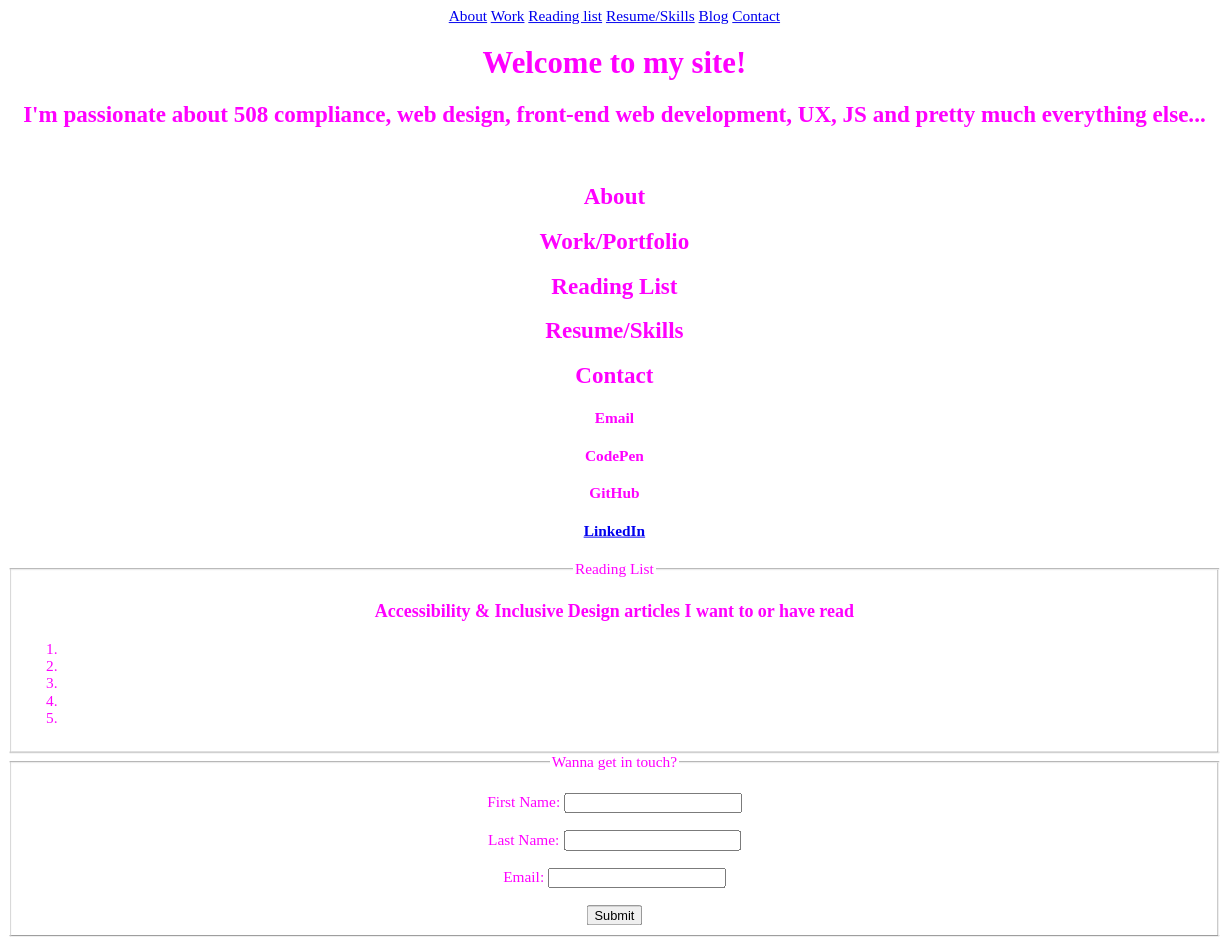
Repository: jasvr/jasvr.io
Page: index.html
These files come from the project's save history. The page is drawn as it stood at one moment and after the next save; the edit follows.
The browser window is 1280 px wide. The pictures show the whole page, at 96% of full size.

Above is the page before, as saved 2020-01-20 13:45:09.

### index.html
<!DOCTYPE html>
<html lang="en">

<head>
    <meta charset="UTF-8">
    <meta name="viewport" content="width=device-width, initial-scale=1.0">
    <meta http-equiv="X-UA-Compatible" content="ie=edge">
    <title>Jasmin Vargas</title>
    <link href="style.css" type="text/css" rel="stylesheet">
</head>

<body>
    <nav>
        <a href="/about/">About</a>
        <a href="/work/">Work</a>
        <a href="/readinglist/">Reading list</a>
        <a href="/resume/">Resume/Skills</a>
        <a href="/blog/">Blog</a>
        <a href="/contact/">Contact</a>
    </nav>
    <h1>Welcome to my site!</h1>
    <h2>I'm passionate about 508 compliance, web design, front-end web development, UX, JS and pretty much everything
        else...</h2>
    <br>
    <h2>About</h2>
    <h2>Work/Portfolio</h2>
    <h2>Reading List</h2>
    <h2>Resume/Skills</h2>
    <!-- <h2>Blog</h2> -->
    <h2>Contact</h2>
    <h4>Email</h4>
    <h4>CodePen</h4>
    <h4>GitHub</h4>
    <h4><a href="https://www.linkedin.com/in/jasvrgs/">LinkedIn</a></h4>


    <fieldset>
        <legend>Reading List</legend>
        <h3>Accessibility & Inclusive Design articles I want to or have read</h3>
        <ol>
            <li></li>
            <li></li>
            <li></li>
            <li></li>
            <li></li>
        </ol>

    </fieldset>


    <fieldset>
        <legend>Wanna get in touch?</legend>
        <div>
            <br>
            <label for="firstname">First Name: </label>
            <input type="text" name="firstname" />
        </div>
        <div>
            <br>
            <label for="lastname">Last Name: </label>
            <input type="text" name="lastname" />
        </div>
        <div>
            <br>
            <label for="email">Email: </label>
            <input type="text" name="email" />

        </div>
        <div>
            <br>
            <input type="submit" value="Submit">
        </div>
    </fieldset>
</body>

</html>

### style.css
body{
    color:magenta;
    text-align:center;
    }

    *:focus{
        outline: 0;
        box-shadow: 0 0 10px #eb0486;
        border-color: #eb0486;
    }

    a:focus{
        color: #eb0486;
        font-weight: bold;
    }

    .button:focus{
        background-color: #eb0486;

    }

After the next save:
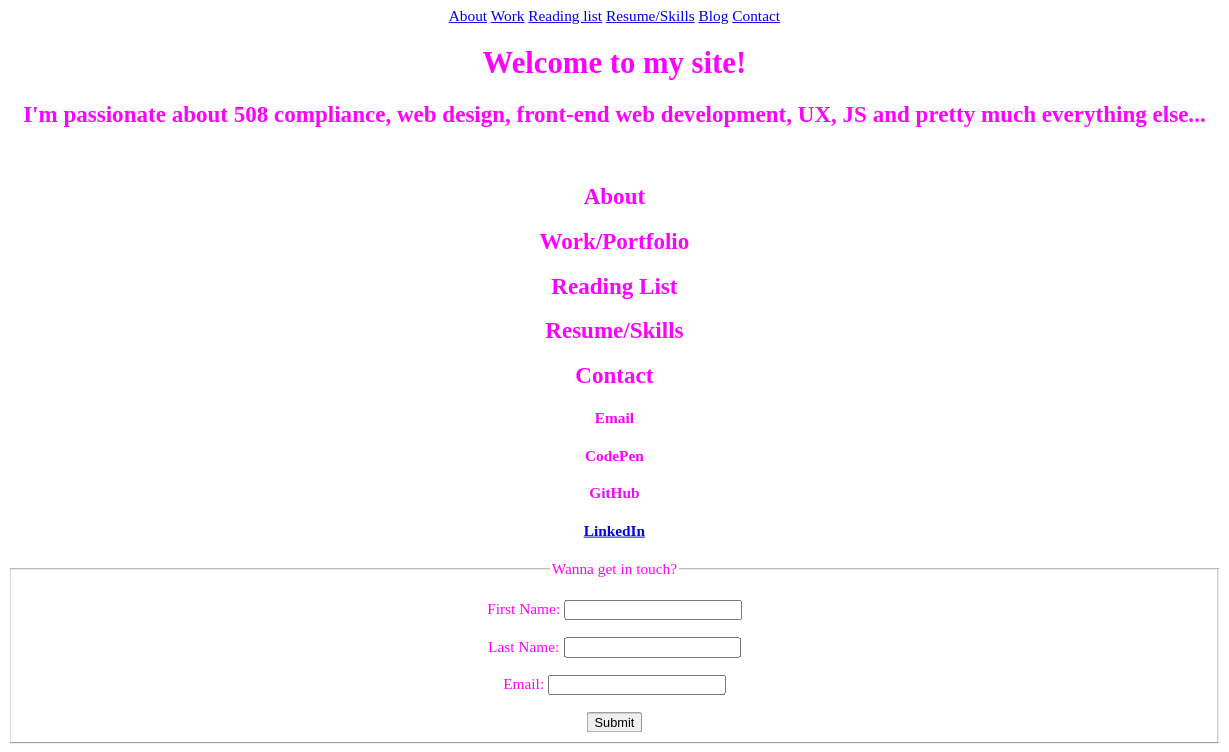
Saved 23 s later.
--- a/index.html
+++ b/index.html
@@ -34,18 +34,7 @@
     <h4><a href="https://www.linkedin.com/in/jasvrgs/">LinkedIn</a></h4>
 
 
-    <fieldset>
-        <legend>Reading List</legend>
-        <h3>Accessibility & Inclusive Design articles I want to or have read</h3>
-        <ol>
-            <li></li>
-            <li></li>
-            <li></li>
-            <li></li>
-            <li></li>
-        </ol>
 
-    </fieldset>
 
 
     <fieldset>
